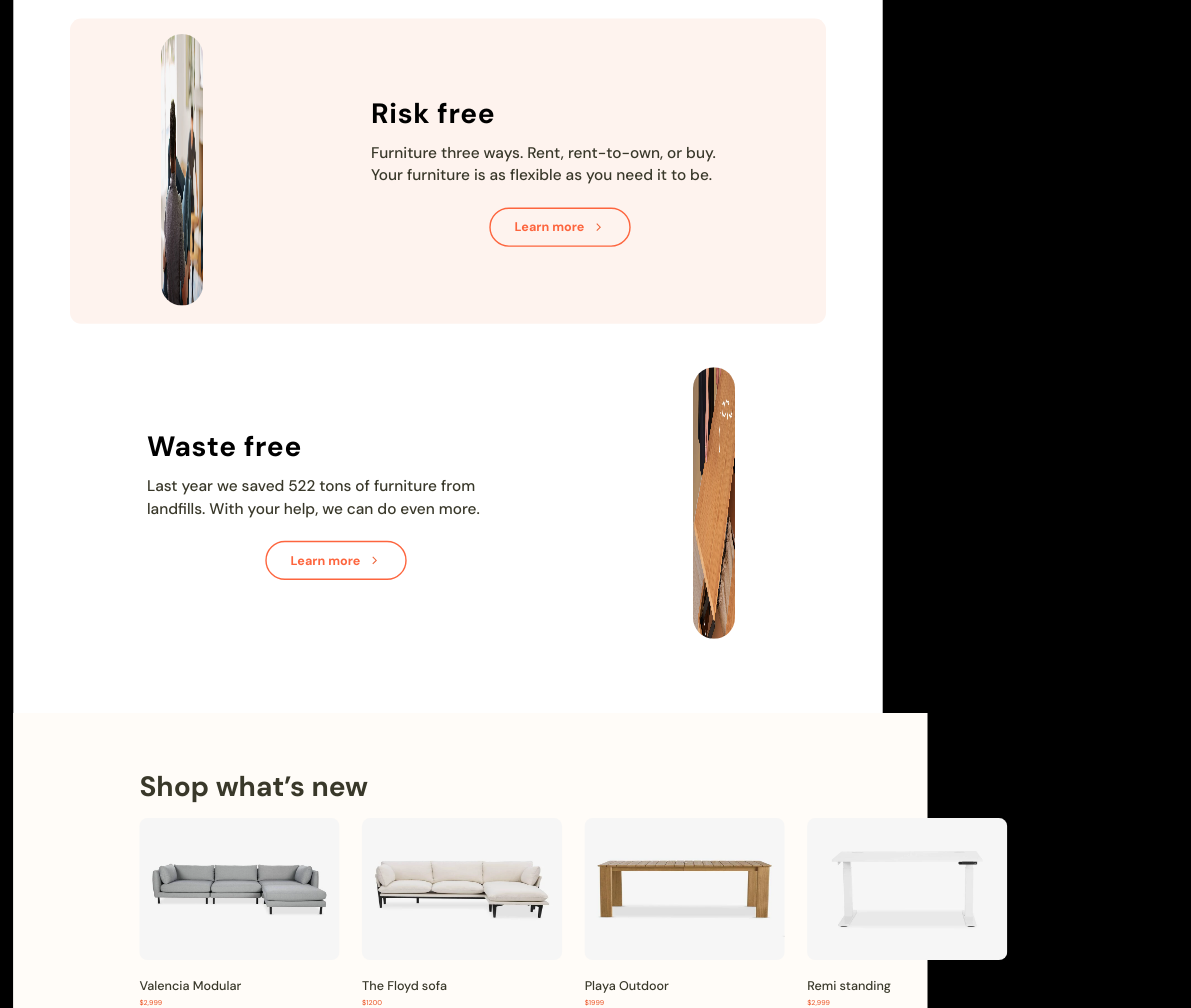
Repository: noman-source/Furniture-website
Page: index.html
The author's editor kept a copy of each file at every save. The page is drawn from the files as they stood at one save, then again after the next save.
The browser window is 1280 px wide. The page is 1702 px wide, so the pictures cover 1702 px, including what lies to the right of the window. The pictures show the part of the page from y = 2331 to 3771 px (the page is 4311 px tall), at 70% of full size.

Above is the page before, as saved 2025-07-04 13:11:00.

### index.html
<!DOCTYPE html>
<html lang="en">

<head>
    <meta charset="UTF-8">
    <meta name="viewport" content="width=device-width, initial-scale=1.0">
    <title>Document</title>
    <link rel="stylesheet" href="style.css">
</head>

<body>
    <header>
        <div class="navbar">
            <div class="nav-left">
                <ul>
                    <li>Cards</li>
                    <li>About</li>
                    <li>App</li>
                </ul>
            </div>
            <div class="nav-center">
                <ul>
                    <li><img src="asserts/svg/navbar-logo.svg" alt=""></li>
                    <li>Halal_Lab</li>
                </ul>
            </div>
            <div class="nav-right"><button><img src="asserts/svg/search.svg" alt="">Check delivery area</button></div>
        </div>
    </header>
    <main>
        <div class="section1">
            <div class="section1-left">
                <div class="section1-text">
                    <h2>An innovative way to make furniture lighter</h2>
                    <h4>Discover hassle-free delivery, free assembly and the flexibility to rent, rent-to-own or buy.
                    </h4>
                    <div class="section1-butt"><button>
                            <p>Start shopping</p><img src="asserts/svg/arrow.svg" alt="">
                        </button></div>
                </div>
            </div>
            <div class="section1-right">
                <img src="asserts/image/img 1.jpg" alt="">
            </div>
        </div>
        <div class="section2">
            <ul>
                <li><img src="asserts/svg/checkmark-circle-01.svg" alt="">Fast, free delivery & assembly</li>
                <li><img src="asserts/svg/checkmark-circle-01.svg" alt="">Convenient rent or buy options</li>
                <li><img src="asserts/svg/checkmark-circle-01.svg" alt="">Low upfront costs for all rentals</li>
                <li><img src="asserts/svg/checkmark-circle-01.svg" alt="">Flexibility to buy out rental items later</li>
            </ul>
        </div>
        <div class="section3">
            <p>About our product</p>
            <div class="section3-content">
                <div class="box box1">
                    <div class="circle"><img src="asserts/svg/upload-03.svg" alt=""></div>
                    <p>We provide a high quality rental at an affordable price</p>
                </div>
                <div class="box box2">
                    <div class="circle"><img src="asserts/svg/drawing-mode.svg" alt=""></div>
                    <p>Feather has made furniture rentals
                        cool again.</p>
                </div>
                <div class="box box3">
                    <div class="circle"><img src="asserts/svg/cabinet-01.svg" alt=""></div>
                    <p>Ease the pain of moving from
                        apartment to apartment.</p>
                </div>

            </div>
        </div>
        <div class="section4">
            <p>Browse by room</p>
            <div class="section4-content">
                <div class="box box1"><img src="asserts/image/img 2.png" alt="">
                    <p>Office <img src="asserts/svg/Vector.svg" alt=""></p>
                </div>
                <div class="box box2"><img src="asserts/image/img 3.png" alt="">
                    <p>Bedroom <img src="asserts/svg/Vector.svg" alt=""></p>
                </div>
                <div class="box box3"><img src="asserts/image/img 4.png" alt="">
                    <p>Living room <img src="asserts/svg/Vector.svg" alt=""></p>
                </div>
                <div class="box box4"><img src="asserts/image/img 5.png" alt="">
                    <p>Dining room <img src="asserts/svg/Vector.svg" alt=""></p>
                </div>
            </div>
        </div>
        <div class="section5">
            <div class="section5-top">
                <div class="left">
                    <div class="text">
                        <h3>Hassle free</h3>
                        <p>High quality but affordable rental designs.</p>
                    </div>
                    <div class="button"><button>Learn more <img src="asserts/svg/arrow-down-01.svg" alt=""></button>
                    </div>
                </div>
                <div class="right"><img src="asserts/image/img 6.png" alt=""></div>
            </div>
            <div class="section5-middle">
                <div class="right"><img src="asserts/image/img 7.png" alt=""></div>
                <div class="left">
                    <div class="text">
                        <h3>Risk free</h3>
                        <p>Furniture three ways. Rent, rent-to-own, or buy. Your furniture is as flexible as you need it
                            to be.</p>
                    </div>
                    <div class="button"><button>Learn more <img src="asserts/svg/arrow-down-01.svg" alt=""></button>
                    </div>
                </div>
            </div>
            <div class="section5-end">
                <div class="left">
                    <div class="text">
                        <h3>Waste free</h3>
                        <p>Last year we saved 522 tons of furniture from landfills. With your help, we can do even more.
                        </p>
                    </div>
                    <div class="button"><button>Learn more <img src="asserts/svg/arrow-down-01.svg" alt=""></button>
                    </div>
                </div>
                <div class="right"><img src="asserts/image/img 8.png" alt=""></div>
            </div>
        </div>
        <div class="section6">
            <div class="section6-content">
                <h3>Shop what’s new</h3>
                <div class="boxes">
                    <div class="box">
                        <div class="box-top"><img src="asserts/image/img 9.png" alt=""></div>
                        <div class="box-bottom">
                            <h4>Valencia Modular </h4>
                            <p>$2,999</p>
                        </div>
                    </div>
                    <div class="box">
                        <div class="box-top"><img src="asserts/image/img 10.png" alt=""></div>
                        <div class="box-bottom">
                            <h4>The Floyd sofa</h4>
                            <p>$1200</p>
                        </div>
                    </div>
                    <div class="box">
                        <div class="box-top"><img src="asserts/image/img 11.png" alt=""></div>
                        <div class="box-bottom">
                            <h4>Playa Outdoor</h4>
                            <p>$1999</p>
                        </div>
                    </div>
                    <div class="box">
                        <div class="box-top"><img src="asserts/image/img 12.png" alt=""></div>
                        <div class="box-bottom">
                            <h4>Remi standing</h4>
                            <p>$2,999</p>
                        </div>
                    </div>
                </div>
            </div>
        </div>
    </main>

    <footer>
        <div class="boxes">
            <div class="box box1">
                <div class="box1-top">
                    <p>Be in the know<br>
                        Get the latest products, promotions, and design tips in your inbox. Sign up and get 25% off your
                        first month.</p>
                </div>
                <div class="box1-bottom"><input type="email"placeholder="Email"><button>Submit</button></div>
            </div>
            <div class="box box2"><ul>
                <li>Shop</li>
                <li>The Goods</li>
                <li>Feather for Business</li>
                <li>Get design help</li>
            </ul></div>
            <div class="box box3"><ul>
                <li>Help</li>
                <li>hello@livefeather.com</li>
                <li>FAQs</li>
            </ul></div>
            <div class="box box4"><ul>
                <li>Follow us</li>
                <li><img src="asserts/svg/Instagram.svg" alt=""><img src="asserts/svg/Twitter.svg" alt=""><img src="asserts/svg/pinterest.svg" alt=""><img src="asserts/svg/Facebook.svg" alt=""><img src="asserts/svg/linkdin.svg" alt=""></li>
            </ul></div>
        </div>
    </footer>

</body>

</html>

### style.css
@import url('https://fonts.googleapis.com/css2?family=DM+Sans:ital,opsz,wght@0,9..40,100..1000;1,9..40,100..1000&display=swap');
@import url('https://fonts.googleapis.com/css2?family=DM+Sans:ital,opsz,wght@0,9..40,100..1000;1,9..40,100..1000&display=swap');
@import url('https://fonts.googleapis.com/css2?family=DM+Sans:ital,opsz,wght@0,9..40,100..1000;1,9..40,100..1000&display=swap');

body {
    font-family: "DM Sans", sans-serif;
    background-color: black;
}

.website {
    background-color: white;
}

* {
    margin: 0;
    padding: 0;
}

header .navbar {
    width: 97%;
    margin: auto;
    height: 72px;
    display: flex;
    justify-content: space-around;
    align-items: center;
    background-color: rgb(246, 244, 244);
    gap: 13%;
    border-bottom: 1px solid #E4E4E4;
}

header .navbar .nav-left {
    font-size: 16px;
    font-weight: 500;
    line-height: 24px;
    letter-spacing: -1%;
}

header .navbar .nav-left ul {
    display: flex;
    justify-content: center;
    align-items: center;
    gap: 50px;
}

header .navbar .nav-left ul li {
    list-style-type: none;
}

header .navbar .nav-center ul {
    display: flex;
    justify-content: center;
    align-items: center;
    gap: 10px;
    font-family: "Ramabhadra", sans-serif;
}

header .navbar .nav-center ul li {
    list-style-type: none;
    font-size: 18px;
    font-weight: 400;
    display: flex;
    justify-content: center;
    align-items: center;
}

header .navbar .nav-right button {
    width: 130%;
    height: 40px;
    background-color: #FD653E;
    border-radius: 32px;
    border: none;
    transform: translateX(-50px);
    display: flex;
    justify-content: center;
    align-items: center;
    gap: 15px;
    font-size: 16px;
    font-weight: 700;
    color: white;
}

main .section1 {
    width: 97%;
    margin: auto;
    height: 588px;
    background-color: #FFF3EF;
    display: flex;
    justify-content: space-around;
    align-items: center;
}

main .section1 .section1-right {
    width: 50%;
    display: flex;
    justify-content: center;
    align-items: center;
}

main .section1 .section1-left {
    width: 50%;
}

main .section1 .section1-left .section1-text {
    width: 70%;
    margin: auto;
    height: 250px;
    display: flex;
    flex-direction: column;
    gap: 20px;
}

main .section1 .section1-left .section1-text h2 {
    font-size: 48px;
    font-weight: 700;
}

main .section1 .section1-left .section1-text p {
    font-size: 18px;
    font-weight: 400;
    color: #39382A;
}

main .section1 .section1-left .section1-text button {
    width: 235px;
    height: 56px;
    display: flex;
    justify-content: center;
    align-items: center;
    gap: 10px;
    border-radius: 32px;
    border: transparent;
    background-color: #ED653B;
}

main .section1 .section1-left .section1-text button p {
    color: white;
    font-size: 20px;
    font-weight: 700;
    font-family: "DM Sans", sans-serif;
}

main .section1 .section1-right img {
    width: 645px;
    border-radius: 12px;
}

.section2 {
    height: 74px;
    width: 97%;
    margin: auto;
    background-color: #ECF4E9;
}

.section2 ul {
    height: 74px;
    display: flex;
    justify-content: space-between;
    align-items: center;
}

.section2 ul li {
    font-family: "DM Sans", sans-serif;
    list-style-type: none;
    display: flex;
    justify-content: center;
    align-items: center;
    gap: 5px;
    font-size: 18px;
    font-weight: 400;
}

.section3 {
    width: 97%;
    margin: auto;
    height: 516px;
    background-color: white;
}

.section3>p {
    font-size: 40px;
    font-weight: 700;
    height: 170px;
    display: flex;
    color: #39302A;
    justify-content: center;
    align-items: center;
}

.section3-content {
    display: flex;
    justify-content: center;
    align-items: center;
    gap: 32px;
}

.section3-content .box {
    width: 392px;
    border-radius: 12px;
    height: 244px;
    display: flex;
    align-items: center;
    justify-content: center;
    flex-direction: column;
    gap: 50px;
    box-shadow: 12px 16px 50px 0px #9A9A9A1F;
}

.section3-content .box .circle {
    width: 50px;
    height: 50px;
    transform: translateY(30px);
    gap: 10px;
    border-radius: 99px;
    /* Corrected to 99px based on later image */
    padding: 16px;
    /* Corrected to 16px based on later image */
    background-color: #E3E3E373;
    /* Corrected to #E3E3E3 based on later image */
}

.section3-content .box p {
    width: 373px;
    margin: auto;
    display: flex;
    font-family: DM Sans;
    font-weight: 500;
    font-size: 22px;
    line-height: 32px;
    text-align: center;
    /* letter-spacing: 0%; */
    /* vertical-align: middle; */
}

.section4 {
    width: 97%;
    margin: auto;
    height: 551px;
    background-color: white;
}

.section4>p {
    font-weight: 700;
    font-size: 40px;
    line-height: 56px;
    letter-spacing: -0.96px;
    padding-top: 50px;
    padding-left: 100px;
    /* Added based on later image */
}

.section4 .section4-content {
    height: 287px;
    display: flex;
    justify-content: flex-start;
    padding-left: 100px;
    padding-top: 50px;
    gap: 32px;
}

.section4 .section4-content .box {
    height: 287px;
    display: flex;
    flex-direction: column;
    gap: 20px;
}

.section4 .section4-content .box img {
    height: 239px;
    width: 285px;
    border-radius: 12px;
}

.section4 .section4-content .box p {
    font-family: DM Sans;
    font-weight: 500;
    font-size: 22px;
    line-height: 32px;
    display: flex;
    gap: 16px;
    /* Corrected to 16px based on later image */
    justify-content: flex-start;
    align-items: center;
    /* Added based on later image */
    color: #39382A;
    /* Added based on later image */
}

.section5 {
    height: 1548px;
    background-color: white;
    width: 97%;
    margin: auto;
    display: flex;
    justify-content: center;
    align-items: center;
    flex-direction: column;
    gap: 40px;
}

.section5>.section5-top,
.section5-middle,
.section5-end {
    height: 436px;
    width: 87%;
    border-radius: 16px;
    /* border: 2px solid #E4E4E4; */
    /* margin: auto; */
}

.section5 .section5-top {
    background-color: #F0F8Fa;
    display: flex;
    justify-content: space-around;
    align-items: center;
}

.section5 .section5-middle {
    background-color: #FEF3EE;
    display: flex;
    justify-content: space-around;
    align-items: center;
}

.section5 .section5-end {
    background-color: #F0;
    display: flex;
    justify-content: space-around;
    align-items: center;
}

.section5 .right img {
    width: 60px;
    height: 388px;
    border-radius: 60px;
}

.section5 .left {
    width: 50%;
    display: flex;
    flex-direction: column;
    justify-content: center;
    align-items: center;
    gap: 30px;
}

.section5 .left .text {
    display: flex;
    flex-direction: column;
    gap: 16px;
}

.section5 .left .button {
    display: flex;
    justify-content: flex-start;
}

.section5 .left .text button {
    width: 400px;
}

.section5 .right {
    padding: 20px;
}

.section5 h3 {
    font-weight: 700;
    font-size: 40px;
    line-height: 50px;
    letter-spacing: 0.96px;
}

.section5 p {
    font-family: DM Sans;
    font-weight: 500;
    font-size: 22px;
    line-height: 32px;
    letter-spacing: 0%;
    /* Added based on later image */
    vertical-align: middle;
    /* Added based on later image */
    color: #39382A;
    /* Added based on later image */
}

.section5 .left button {
    width: 202px;
    height: 56px;
    gap: 10px;
    border-width: 1px;
    padding-top: 16px;
    padding-right: 32px;
    padding-bottom: 16px;
    padding-left: 32px;
    border-radius: 32px;
    background-color: transparent;
    border: 2px solid #FD653E;
    color: #FD653E;
    display: flex;
    justify-content: center;
    align-items: center;
    font-family: DM Sans;
    font-weight: 700;
    font-size: 18px;
}

.section6 {
    background-color: white;
    height: 730px;
    width: 97%;
    margin: auto;
}

.section6 img {
    width: 286px;
    height: 203px;
    border-radius: 12px;
}

.section6 .section6-content {
    height: 548px;
    background-color: #FFFCF8;
    width: 90.7%;
    margin: auto;
    padding-left: 180px;
    padding-top: 80px;
    display: flex;
    flex-direction: column;
    gap: 20px;
}

.section6-content .boxes {
    display: flex;
    gap: 32px;
}

.section6-content .boxes .box {
    display: flex;
    flex-direction: column;
    gap: 19px;
}

.section6 h2 {
    font-family: Circular Std;
    font-weight: 700;
}

.section6 h3 {
    /* font-family: Circular Std; */
    font-weight: 700;
    font-size: 40px;
    line-height: 50px;
    letter-spacing: 0px;
    vertical-align: middle;
    color: #39382A;
}

.section6-content .box-bottom {
    display: flex;
    flex-direction: column;
    gap: 4px;
}

.section6-content .box-bottom h4 {
    font-family: DM Sans;
    font-weight: 500;
    font-size: 18px;
    line-height: 26px;
    letter-spacing: 0%;
    vertical-align: middle;
    color: #39382A;
}

.section6-content .box-bottom p {
    font-family: DM Sans;
    font-weight: 500;
    font-size: 10px;
    line-height: 14px;
    letter-spacing: 0%;
    vertical-align: middle;
    color: #ED653B;
}

footer {
    border-top: 1px solid #DC0805;
    width: 97%;
    background-color: white;
    height: 230px;
    margin: auto;
    display: flex;
    justify-content: center;
    align-items: center;
    /* transform: translateY(130px); */
}

footer .boxes {
    display: grid;
    grid-template-columns: 403px 180px 180px 170px;
    width: 85%;
    margin: auto;
    /* background-color: #39382A; */
    height: 144px;
    justify-content: space-between;
}

footer .boxes .box1 {
    display: flex;
    flex-direction: column;
    gap: 20px;
}

footer .boxes .box1-top {
    font-family: DM Sans;
    font-weight: 700;
    font-size: 34px;
}

footer .boxes .box1 .box1-top {
    font-weight: 400;
    font-size: 14.13px;
    line-height: 24px;
    letter-spacing: 0%;
    vertical-align: middle;
}

footer .boxes .box1 .box1-bottom {
    display: flex;
    gap: 16px;
    justify-content: center;
    align-items: center;
}

footer .boxes .box1 .box1-bottom input {
    width: 245px;
    height: 48px;
    border: 1px solid #EDEDED;
    border-radius: 32px;
    outline: none;
}

footer .boxes .box1 .box1-bottom input::placeholder {
    transform: translateX(20px);
    font-family: DM Sans;
    font-weight: 500;
    font-size: 16px;
    line-height: 24px;
    letter-spacing: 1%;
    vertical-align: middle;
    color: #BABABA;
}

footer .boxes .box1 .box1-bottom button {
    width: 140px;
    height: 48px;
    border-width: 1px;
    border-radius: 48px;
    border: 1px solid #ED653B;
    background-color: transparent;
    font-family: DM Sans;
    font-weight: 500;
    font-size: 16px;
    line-height: 24px;
    letter-spacing: 1%;
    vertical-align: middle;
    color: #ED653B;
}

footer .boxes ul li:first-child {
    font-weight: 500;
    font-size: 16px;
    letter-spacing: 0.16px;
    color: #2A2A2D;
}

footer .boxes ul {
    display: flex;
    flex-direction: column;
    gap: 16px;
}

footer .boxes ul li {
    list-style-type: none;
    font-family: DM Sans;
    font-weight: 400;
    /* Added based on latest image */
    font-size: 16px;
    /* Added based on latest image */
    color: #39382A;
    /* Added based on latest image */
}

footer .boxes .box4 li:last-of-type {
    display: flex;
    justify-content: space-between;
    align-items: center;
}

After the next save:
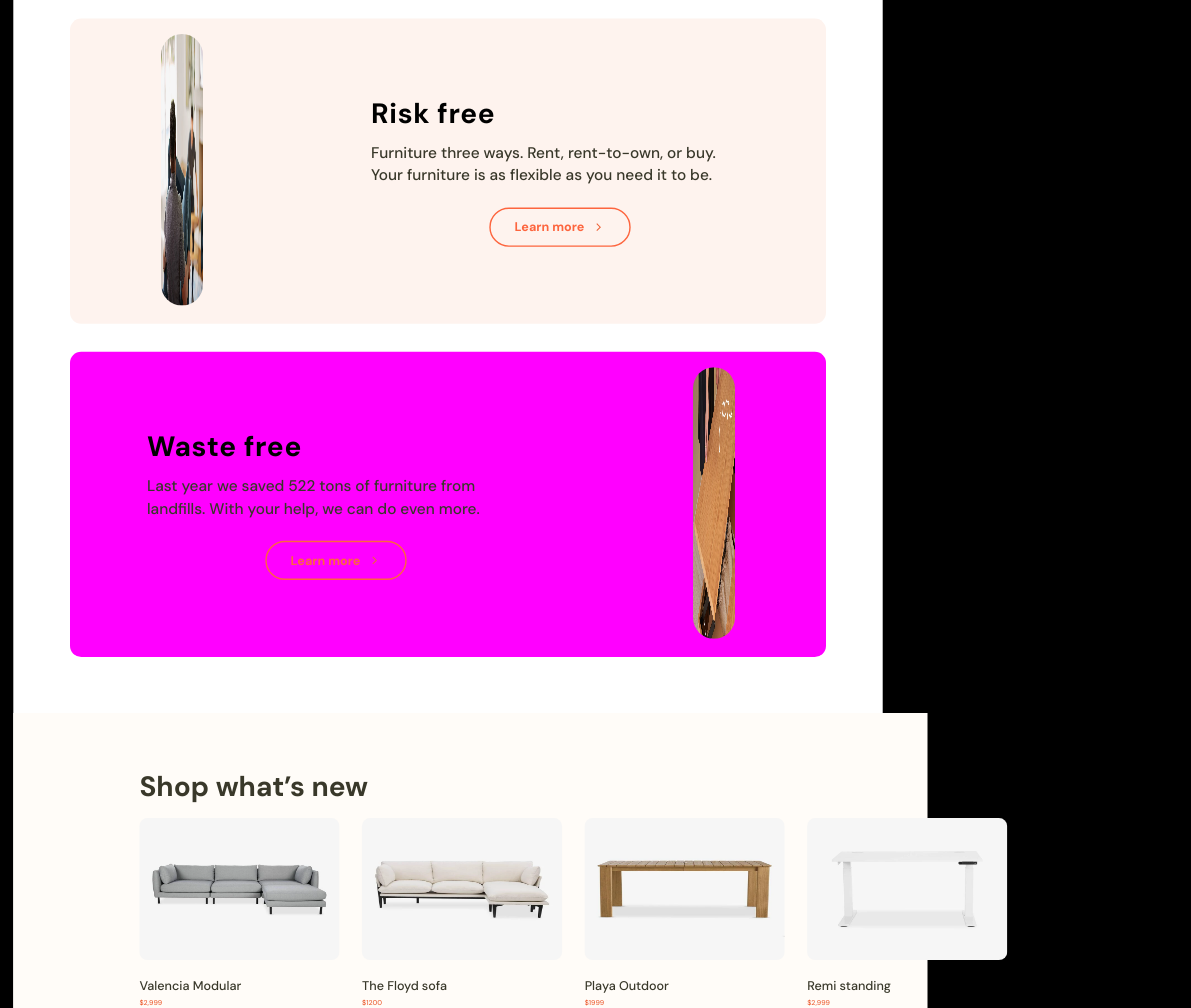
Saved 6 s later.
--- a/style.css
+++ b/style.css
@@ -322,7 +322,7 @@
 }
 
 .section5 .section5-end {
-    background-color: #F0;
+    background-color: #F0F;
     display: flex;
     justify-content: space-around;
     align-items: center;
